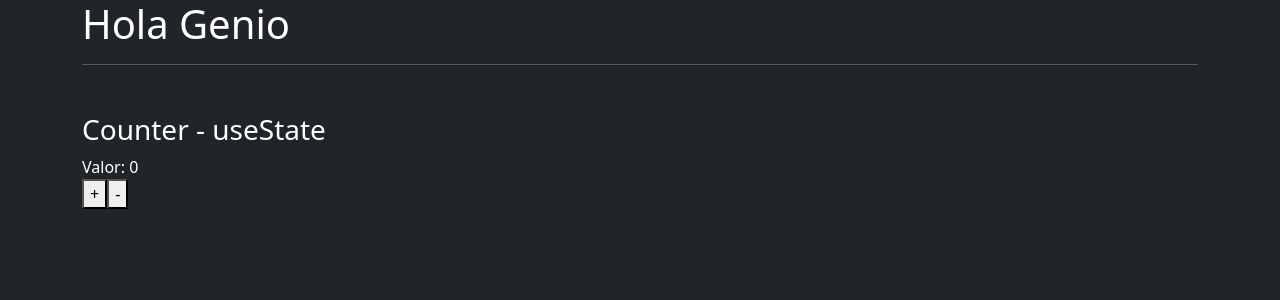
Repository: ChristianGecchelin/Typescript-Course1
Page: /
These files come from the project's save history. The page is drawn as it stood at one moment and after the next save; the edit follows.
The browser window is 1280 px wide. The pictures show the whole page.
The project was rebuilt for these pictures with package versions that can differ from the ones it lists, and the page was loaded fresh each time.

Above is the page before, as saved 2022-08-16 13:05:15.

### public/index.html
<!DOCTYPE html>
<html lang="en">
  <head>
    <meta charset="utf-8" />
    <link rel="icon" href="%PUBLIC_URL%/favicon.ico" />
    <meta name="viewport" content="width=device-width, initial-scale=1" />
    <meta name="theme-color" content="#000000" />
    <meta
      name="description"
      content="Web site created using create-react-app"
    />
    <link rel="apple-touch-icon" href="%PUBLIC_URL%/logo192.png" />
    <!--
      manifest.json provides metadata used when your web app is installed on a
      user's mobile device or desktop. See https://developers.google.com/web/fundamentals/web-app-manifest/
    -->
    <link rel="manifest" href="%PUBLIC_URL%/manifest.json" />
    <!--
      Notice the use of %PUBLIC_URL% in the tags above.
      It will be replaced with the URL of the `public` folder during the build.
      Only files inside the `public` folder can be referenced from the HTML.

      Unlike "/favicon.ico" or "favicon.ico", "%PUBLIC_URL%/favicon.ico" will
      work correctly both with client-side routing and a non-root public URL.
      Learn how to configure a non-root public URL by running `npm run build`.
    -->
    <!-- CSS only -->
    <link
      href="https://cdn.jsdelivr.net/npm/bootstrap@5.2.0/dist/css/bootstrap.min.css"
      rel="stylesheet"
      integrity="sha384-gH2yIJqKdNHPEq0n4Mqa/HGKIhSkIHeL5AyhkYV8i59U5AR6csBvApHHNl/vI1Bx"
      crossorigin="anonymous"
    />
    <title>React + TS</title>
  </head>
  <body class="container bg-dark text-white">
    <noscript>You need to enable JavaScript to run this app.</noscript>
    <div id="root"></div>
    <!--
      This HTML file is a template.
      If you open it directly in the browser, you will see an empty page.

      You can add webfonts, meta tags, or analytics to this file.
      The build step will place the bundled scripts into the <body> tag.

      To begin the development, run `npm start` or `yarn start`.
      To create a production bundle, use `npm run build` or `yarn build`.
    -->
  </body>
</html>

### src/App.tsx
import { Counter } from "./components/Counter";

function App() {
  return (
    <>
      <h1>Hola Genio</h1>
      <hr />
      <Counter/>
    </>
  );
}

export default App;

### src/components/Counter.tsx
import { useState } from "react";

export const Counter = () => {
  const [counter, setCounter] = useState(0);

  return (
    <div className="mt-5">
      <h3>Counter - useState</h3>
      <span>Valor: {counter}</span>
      <br />
      <button className="btn-danger">+</button>
      <button className="btn-danger">-</button>
    </div>
  );
};

Loaded but not shown: src/index.tsx (common file)

After the next save:
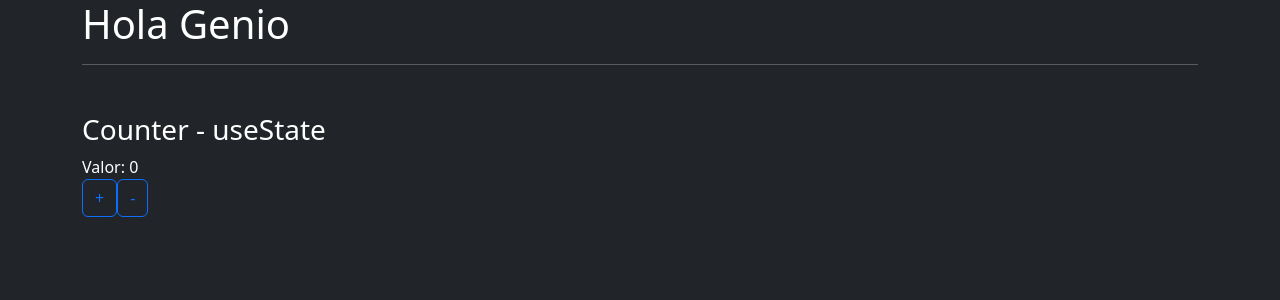
Saved 33 s later.
--- a/src/components/Counter.tsx
+++ b/src/components/Counter.tsx
@@ -8,8 +8,8 @@ export const Counter = () => {
       <h3>Counter - useState</h3>
       <span>Valor: {counter}</span>
       <br />
-      <button className="btn-danger">+</button>
-      <button className="btn-danger">-</button>
+      <button className="btn btn-outline-primary">+</button>
+      <button className="btn btn-outline-primary">-</button>
     </div>
   );
 };
